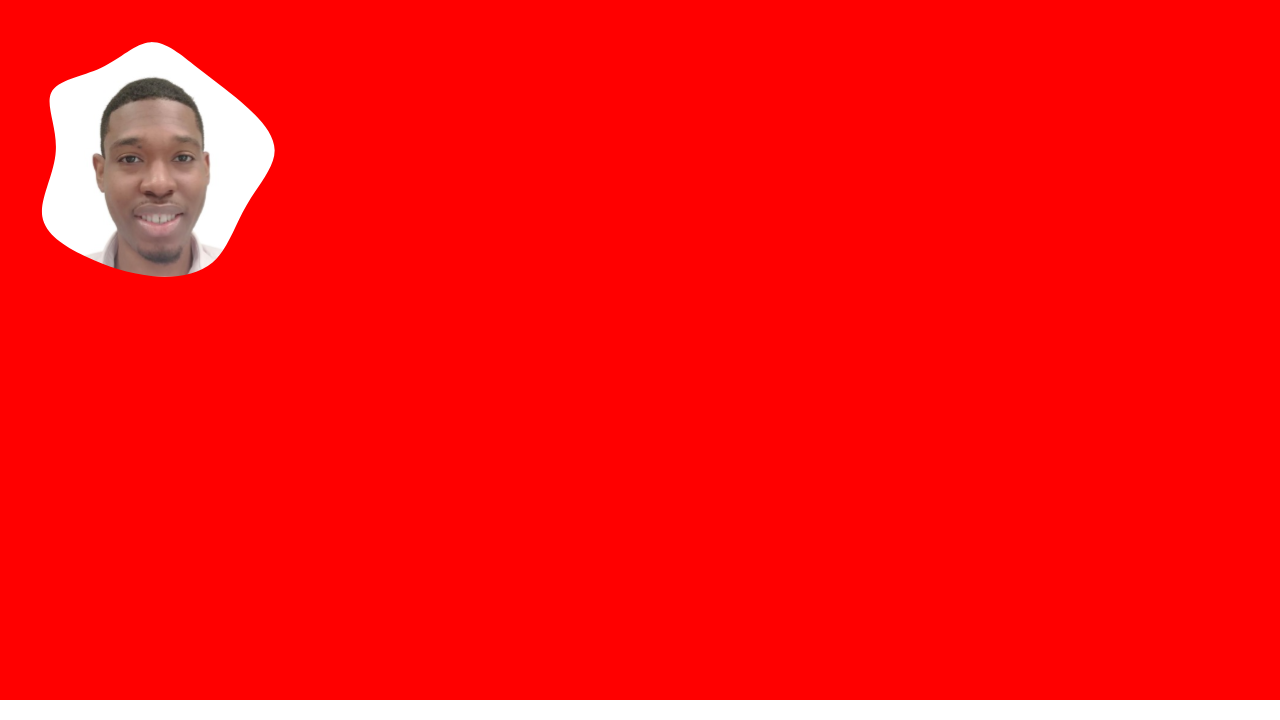
Repository: DNoel26/My_Dev_Portfolio
Page: index.html
These files come from the project's save history. The page is drawn as it stood at one moment and after a run of saves; the edit follows.
The browser window is 1280 px wide. The pictures show the whole page.

Above is the page before, as saved 2021-01-28 11:40:52.

After the next 4 saves:
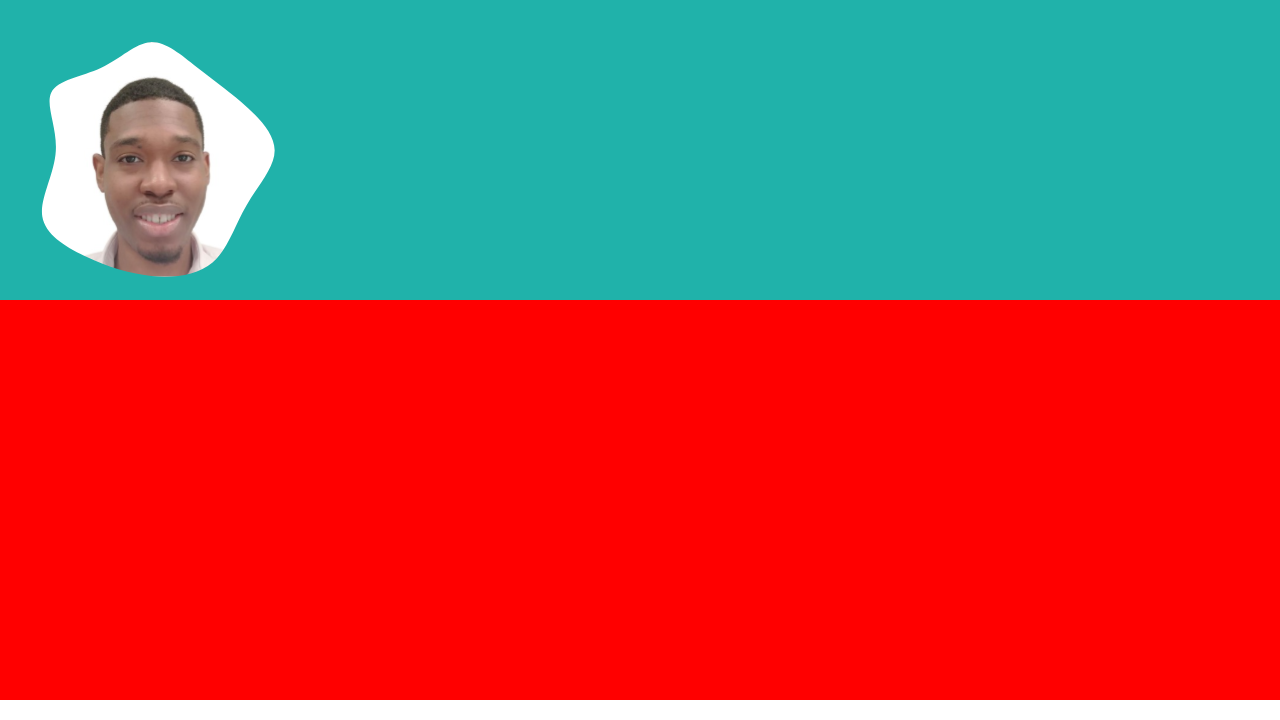
The 4 saves are shown as one change because they came seconds apart.
The last was saved 10 s later.
--- a/css/style.css
+++ b/css/style.css
@@ -7,7 +7,7 @@ header {
 
 div {
     height: 300px;
-    background-color: blu;
+    background-color: lightseagreen;
 }
 
 .prof-pic.svg-clip {
